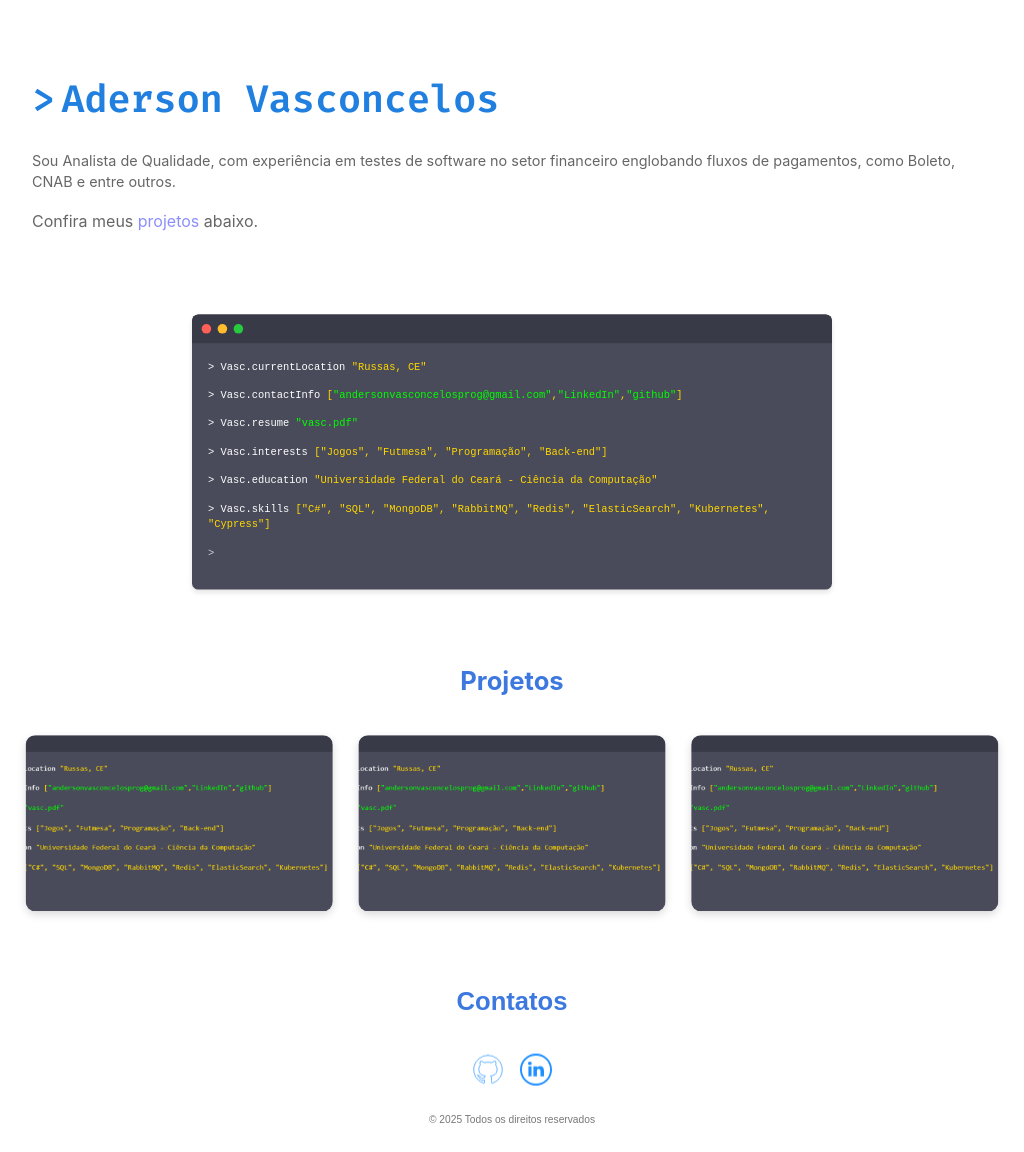
Repository: vascsx/portfolio_vascsx
Page: /
An editor plug-in stored every save of this project. The page is shown before and after a run of saves, followed by the edit.
The browser window is 1280 px wide. The pictures show the whole page, at 80% of full size.
The project was rebuilt for these pictures with package versions that can differ from the ones it lists, and the page was loaded fresh each time.

Above is the page before, as saved 2025-03-15 14:53:28.

### src/App.tsx
import Home from './components/Home';
import Resume from './components/Resume';
import Projects from './components/Projects';
import Contact from './components/Contact';
function App() {
  return (
    <div>
     <Resume />
      <Home />
      <Projects />
      <Contact/>
    </div>
  );
}

export default App;

### src/components/Home.tsx
import React from 'react';
import './Home.css';

const Home: React.FC = () => {
  return (
    <div className="terminal">
      <div className="terminal-header">
        <div className="dots">
          <div className="dot dot-red"></div>
          <div className="dot dot-yellow"></div>
          <div className="dot dot-green"></div>
        </div>
      </div>
      <div className="terminal-content">
        <div className="command-line">
          <span className="prompt">&gt; Vasc.currentLocation</span>
          <span className="output">"Russas, CE"</span>
        </div>
        <div className="command-line">
          <span className="prompt">&gt; Vasc.contactInfo</span>
          <span className="output">
            [
              <a href="mailto:andersonvasconcelosprog@gmail.com">"andersonvasconcelosprog@gmail.com"</a>,
              <a href="https://www.linkedin.com/in/andersonvasconcelos17/" target="_blank" rel="noopener noreferrer">"LinkedIn"</a>,
              <a href="https://github.com/vascsx" target="_blank" rel="noopener noreferrer">"github"</a>
            ]
          </span>
        </div>
        <div className="command-line">
          <span className="prompt">&gt; Vasc.resume</span>
          <span className="output">
            <a href="/path/to/vasc.pdf" target="_blank" rel="noopener noreferrer">"vasc.pdf"</a>
          </span>
        </div>
        <div className="command-line">
          <span className="prompt">&gt; Vasc.interests</span>
          <span className="output">["Jogos", "Futmesa", "Programação", "Back-end"]</span>
        </div>
        <div className="command-line">
          <span className="prompt">&gt; Vasc.education</span>
          <span className="output">"Universidade Federal do Ceará - Ciência da Computação"</span>
        </div>
        <div className="command-line">
          <span className="prompt">&gt; Vasc.skills</span>
          <span className="output">["C#", "SQL", "MongoDB", "RabbitMQ", "Redis", "ElasticSearch", "Kubernetes", "Cypress"]</span>
        </div>
        <div className="command-line">
          <span className="prompt-animation">&gt;</span>
        </div>
      </div>
    </div>
  );
};

export default Home;

### src/components/Resume.tsx
import React, { useEffect, useState } from 'react';
import { Link } from 'react-scroll';
import './Resume.css';

const Resume: React.FC = () => {
  const [text, setText] = useState('');
  const fullText = 'Anderson Vasconcelos'; // Verifique que o texto aqui está correto

  useEffect(() => {
    let index = 0;
    const interval = setInterval(() => {
      // Corrigir o erro ao adicionar os caracteres um por um
      if (index < fullText.length) {
        setText((prev) => prev + fullText.charAt(index)); // Adicionando o caractere correto
        index += 1;
      } else {
        clearInterval(interval); // Parar o intervalo quando o texto estiver completo
      }
    }, 100); // Velocidade da digitação

    return () => clearInterval(interval); // Limpar o intervalo ao desmontar o componente
  }, []);

  return (
    <div className="resume">
      <div className="resume-header">
        <h1 className="title">
          <span className="prompt-icon">&gt;</span>
          <span>{text}</span>
        </h1>
      </div>
      <div className="resume-content">
        <p className="description">
          Sou Analista de Qualidade, com experiência em testes de software no setor financeiro englobando fluxos de pagamentos, como Boleto, CNAB e entre outros.
        </p>
        <p className="sub-description">
          Confira meus <Link to="projects" smooth={true} duration={500} className="link">projetos</Link> abaixo.
        </p>
      </div>
    </div>
  );
};

export default Resume;

### src/components/Projects.tsx
import React from 'react';
import './Projects.css';
import portfolioImage from '../assets/images/portfolio.png';

interface Project {
  id: number;
  title: string;
  image: string;
  technologies: string[];
  sourceCode: string;
}

const projectsData: Project[] = [
  {
    id: 1,
    title: "Portfolio Vasc",
    image: portfolioImage,
    technologies: ["Cypress", "TypeScript"],
    sourceCode: "https://github.com/username/vascsx"
  },
  {
    id: 2,
    title: "Login",
    image: portfolioImage,
    technologies: ["Cypress", "TypeScript"],
    sourceCode: "https://github.com/username/vascsx"
  },
  {
    id: 3,
    title: "API Rest",
    image: portfolioImage,
    technologies: ["Cypress", "TypeScript"],
    sourceCode: "https://github.com/username/vascsx"
  }
];

const ProjectCard: React.FC<{ project: Project }> = ({ project }) => {
  return (
    <div className="project-card" id='projects' >
      <div className="project-image">
        <img src={project.image} alt={project.title} />
        <div className="project-overlay">
          <div className="project-content">
            <h3>{project.title}</h3>
            <div className="tech-stack">
              {project.technologies.map(tech => (
                <span key={tech} className="tech-tag">{tech}</span>
              ))}
            </div>
            <a
              href={project.sourceCode}
              className="btn-source"
              target="_blank"
              rel="noopener noreferrer"
            >
              Ver Projeto
            </a>
          </div>
        </div>
      </div>
    </div>
  );
};

const Projects: React.FC = () => {
  return (
    <section className="projects">
      <h2>Projetos</h2>
      <div className="projects-grid">
        {projectsData.map(project => (
          <ProjectCard key={project.id} project={project} />
        ))}
      </div>
    </section>
  );
};

export default Projects;

### src/components/Contact.tsx
import React from 'react';
import githubIcon from '../assets/images/github-svgrepo-com.svg';
import linkedinIcon from '../assets/images/linkedin-svgrepo-com.svg';
import './Contact.css';

const Contact: React.FC = () => {
  return (
    <div className="contact">
      <h2>Contatos</h2>
      <div className="icons">
        <a href="https://github.com/vascsx" target="_blank" rel="noopener noreferrer">
          <img src={githubIcon} alt="ícone do github" className="icon" />
        </a>
        <a href="https://www.linkedin.com/in/andersonvasconcelos17" target="_blank" rel="noopener noreferrer">
          <img src={linkedinIcon} alt="ícone do linkedin" className="icon" />
        </a>
      </div>
      <footer className="footer">
        <p>&copy; 2025 Todos os direitos reservados</p>
      </footer>
    </div>
  );
};

export default Contact;

### src/components/Home.css
.terminal {
  background-color: #494b5a;
  border-radius: 8px;
  width: 800px;
  margin: 20px auto;
  font-family: monospace;
  box-shadow: 0 4px 6px rgba(0, 0, 0, 0.1);
}

.terminal-header {
  background-color: #383a47;
  padding: 12px;
  border-top-left-radius: 8px;
  border-top-right-radius: 8px;
}

.dots {
  display: flex;
  gap: 8px;
}

.dot {
  width: 12px;
  height: 12px;
  border-radius: 50%;
}

.dot-red {
  background-color: #ff5f56;
}

.dot-yellow {
  background-color: #ffbd2e;
}

.dot-green {
  background-color: #27c93f;
}

.terminal-content {
  padding: 20px;
  color: white;
}

.command-line {
  margin-bottom: 16px;
  line-height: 1.5;
}

.prompt {
  color: white;
  margin-right: 8px;
}

.prompt-animation {
  color: white;
  margin-right: 8px;
  animation: blink 1s infinite;
}

@keyframes blink {
  0% {
    opacity: 1;
  }
  50% {
    opacity: 0;
  }
  100% {
    opacity: 1;
  }
}

.output {
  color: #ffd700;
}

.output a {
  color: #00ff00;
  text-decoration: none;
}

.output a:hover {
  text-decoration: underline;
}

@media (max-width: 1200px) {
  .terminal {
    width: 90%;
    margin: 20px auto;
  }

  .terminal-header {
    padding: 10px;
  }

  .dots {
    gap: 6px;
  }

  .dot {
    width: 10px;
    height: 10px;
  }

  .terminal-content {
    padding: 16px;
  }
}

@media (max-width: 768px) {
  .terminal {
    width: 95%;
  }

  .terminal-header {
    padding: 8px;
  }

  .dots {
    gap: 5px;
  }

  .dot {
    width: 8px;
    height: 8px;
  }

  .terminal-content {
    padding: 12px;
  }

  .command-line {
    font-size: 0.9rem;
  }

  .prompt, .output {
    font-size: 0.9rem;
  }
}

@media (max-width: 480px) {
  .terminal {
    width: 100%;
    margin: 10px auto;
  }

  .terminal-header {
    padding: 6px;
  }

  .dots {
    gap: 4px;
  }

  .dot {
    width: 6px;
    height: 6px;
  }

  .terminal-content {
    padding: 8px;
  }

  .command-line {
    font-size: 0.85rem;
  }

  .prompt, .output {
    font-size: 0.85rem;
  }
}

### src/components/Resume.css
@import url('https://fonts.googleapis.com/css2?family=Fira+Code:wght@400;500;600&display=swap');

.resume-container {
  padding: 40px;
  max-width: 1200px;
  margin: 0 auto;
}

.resume-section {
  margin-bottom: 30px;
}

.resume-title {
  font-size: 24px;
  color: #333;
  margin-bottom: 20px;
  border-bottom: 2px solid #404040;
  padding-bottom: 10px;
}

.resume-content {
  line-height: 1.6;
}

.experience-item {
  margin-bottom: 20px;
}

.experience-title {
  font-size: 18px;
  font-weight: bold;
  color: #444;
}

.experience-company {
  color: #666;
  font-style: italic;
}

.experience-date {
  color: #888;
  font-size: 14px;
}

.experience-description {
  margin-top: 10px;
  color: #555;
}

.skills-list {
  display: flex;
  flex-wrap: wrap;
  gap: 10px;
}

.skill-item {
  background-color: #f0f0f0;
  padding: 5px 15px;
  border-radius: 15px;
  font-size: 14px;
  color: #444;
}

.resume {
  max-width: 1200px;
  margin: 0 auto;
  padding: 60px 20px;
}

.resume-header {
  margin-bottom: 24px;
}

.title {
  font-size: 48px;
  color: #2180df;
  font-family: 'Fira Code', monospace;
  display: flex;
  align-items: center;
  gap: 8px;
}

.prompt-icon {
  color: #2180df;
}

.cursor {
  width: 24px;
  height: 48px;
  background-color: #8b8eff;
  display: inline-block;
}


.description {
  font-size: 18px;
  color: #666;
  margin-bottom: 16px;
  line-height: 1.5;
}

.sub-description {
  font-size: 20px;
  color: #666;
}

.link {
  color: #8b8eff;
  text-decoration: none;
  transition: all 0.3s ease;
}

.link:hover {
  text-decoration: underline;
}

@media (max-width: 1200px) {
  .resume-container {
    padding: 30px;
  }

  .resume-title {
    font-size: 22px;
  }

  .resume-header {
    margin-bottom: 20px;
  }

  .title {
    font-size: 40px;
  }

  .description {
    font-size: 16px;
  }

  .sub-description {
    font-size: 18px;
  }

  .experience-title {
    font-size: 16px;
  }

  .experience-date {
    font-size: 13px;
  }

  .skills-list {
    gap: 8px;
  }

  .skill-item {
    font-size: 12px;
  }
}

@media (max-width: 768px) {
  .resume-container {
    padding: 20px;
  }

  .resume-title {
    font-size: 20px;
  }

  .title {
    font-size: 36px;
  }

  .description {
    font-size: 15px;
  }

  .sub-description {
    font-size: 18px;
  }

  .experience-title {
    font-size: 15px;
  }

  .experience-company {
    font-size: 13px;
  }

  .experience-date {
    font-size: 12px;
  }

  .skills-list {
    gap: 6px;
  }

  .skill-item {
    font-size: 11px;
  }
}

@media (max-width: 480px) {
  .resume-container {
    padding: 15px;
  }

  .resume-title {
    font-size: 18px;
  }

  .title {
    font-size: 32px;
  }

  .description {
    font-size: 14px;
  }

  .sub-description {
    font-size: 16px;
  }

  .experience-title {
    font-size: 14px;
  }

  .experience-company {
    font-size: 12px;
  }

  .experience-date {
    font-size: 11px;
  }

  .skills-list {
    gap: 5px;
  }

  .skill-item {
    font-size: 10px;
  }

  .link {
    font-size: 14px;
  }
}

### src/components/Projects.css
.projects {
  padding: 3rem 2rem;
  max-width: 1300px;
  margin: 0 auto;
}

.projects h2 {
  text-align: center;
  margin-bottom: 3rem;
  color: #3d78df;
  font-size: 2rem;
}

.projects-grid {
  display: grid;
  grid-template-columns: repeat(3, 1fr);
  gap: 2rem;
  margin: 0 auto;
  width: 100%;
  place-items: center;
}

.project-card {
  position: relative;
  border-radius: 12px;
  overflow: hidden;
  aspect-ratio: 16/9;
  height: 220px;
  width: 100%;
  max-width: 400px;
  box-shadow: 0 4px 10px rgba(0, 0, 0, 0.15);
}

.project-image {
  position: relative;
  width: 100%;
  height: 100%;
  background: #f5f5f5;
}

.project-image img {
  width: 100%;
  height: 100%;
  object-fit: cover;
  object-position: center;
  transition: transform 0.4s ease;
}

.project-overlay {
  position: absolute;
  top: 0;
  left: 0;
  right: 0;
  bottom: 0;
  background: rgba(0, 0, 0, 0.8);
  display: flex;
  align-items: center;
  justify-content: center;
  opacity: 0;
  transition: opacity 0.3s ease;
}

.project-card:hover .project-overlay {
  opacity: 1;
}

.project-card:hover .project-image img {
  transform: scale(1.1);
}

.project-content {
  text-align: center;
  color: white;
  padding: 1.5rem;
  transform: translateY(20px);
  opacity: 0;
  transition: all 0.4s ease;
  width: 100%;
}

.project-card:hover .project-content {
  transform: translateY(0);
  opacity: 1;
}

.project-content h3 {
  margin: 0 0 1.2rem;
  font-size: 1.5rem;
  color: white;
  font-weight: 600;
}

.tech-stack {
  display: flex;
  justify-content: center;
  gap: 0.8rem;
  margin-bottom: 1.8rem;
  flex-wrap: wrap;
  padding: 0 1rem;
}

.tech-tag {
  background: rgba(255, 255, 255, 0.1);
  color: white;
  padding: 0.3rem 0.8rem;
  border-radius: 20px;
  font-size: 0.75rem;
  backdrop-filter: blur(4px);
}

.btn-source {
  display: inline-block;
  padding: 0.6rem 1.5rem;
  background: white;
  color: #2d3748;
  border-radius: 25px;
  text-decoration: none;
  font-size: 0.875rem;
  font-weight: 500;
  transition: all 0.2s ease;
}

.btn-source:hover {
  background: rgba(255, 255, 255, 0.9);
  transform: translateY(-2px);
}




@media (max-width: 1200px) {
  .projects {
    padding: 2rem 1.5rem;
  }

  .project-card {
    height: 200px;
  }
}

@media (max-width: 1024px) {
  .projects-grid {
    grid-template-columns: repeat(2, 1fr);
    gap: 1.5rem;
  }

  .project-card {
    height: 200px;
  }
}

@media (max-width: 640px) {
  .projects {
    padding: 2rem 1rem;
  }

  .projects-grid {
    grid-template-columns: 1fr;
    gap: 1.5rem;
  }

  .project-card {
    height: 220px;
    max-width: 100%;
  }

  .project-overlay {
    opacity: 1;
    background: rgba(0, 0, 0, 0.7);
  }

  .project-content {
    transform: translateY(0);
    opacity: 1;
  }
}

### src/components/Contact.css
/* Contact.css */
.contact {
  font-family: Arial, sans-serif;
  color: #000;
  padding: 20px;
  text-align: center;
}

.contact h2 {
  text-align: center;
  margin-bottom: 3rem;
  color: #3d78df;
  font-size: 2rem;
}



.icons {
  display: flex;
  justify-content: center;
  gap: 20px;
  margin-bottom: 20px;
}

.icons a {
  display: inline-block;
}

.icon {
  width: 40px;
  height: 40px;
  transition: transform 0.3s ease;
  animation: bounce 1.5s infinite;
}

.icon:hover {
  transform: scale(1.2);
}

@keyframes bounce {
  0%, 100% {
    transform: translateY(0);
  }
  50% {
    transform: translateY(-10px);
  }
}

.footer {
  font-size: 0.8em;
  color: #777;
  margin-top: 30px;
}

Loaded but not shown: public/index.html (common file); src/index.tsx (common file); src/index.css (common file); src/reportWebVitals.ts (common file)

After the next 5 saves:
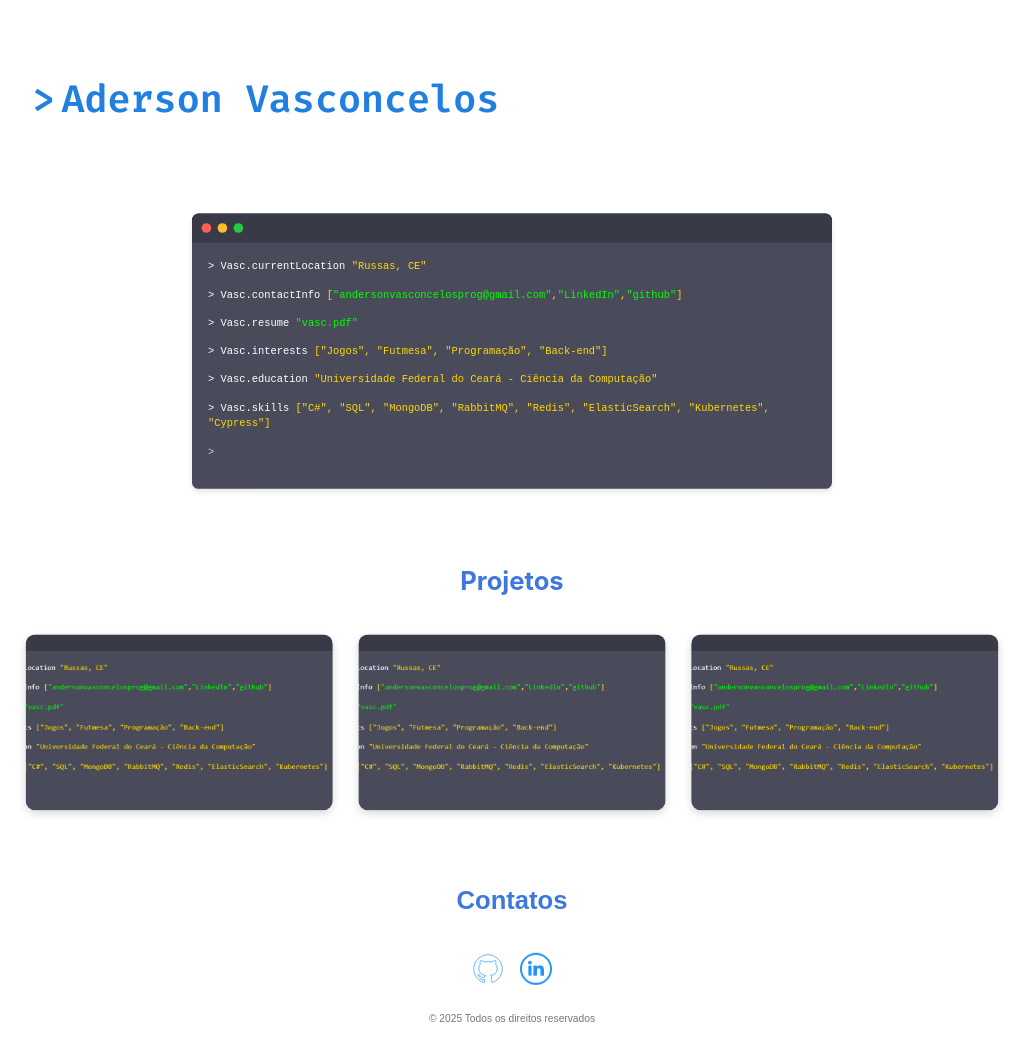
The 5 saves are shown as one change because 1 did not build or start and some came seconds apart.
The last was saved 37 s later.
--- a/src/components/Resume.tsx
+++ b/src/components/Resume.tsx
@@ -29,14 +29,6 @@ const Resume: React.FC = () => {
           <span>{text}</span>
         </h1>
       </div>
-      <div className="resume-content">
-        <p className="description">
-          Sou Analista de Qualidade, com experiência em testes de software no setor financeiro englobando fluxos de pagamentos, como Boleto, CNAB e entre outros.
-        </p>
-        <p className="sub-description">
-          Confira meus <Link to="projects" smooth={true} duration={500} className="link">projetos</Link> abaixo.
-        </p>
-      </div>
     </div>
   );
 };
